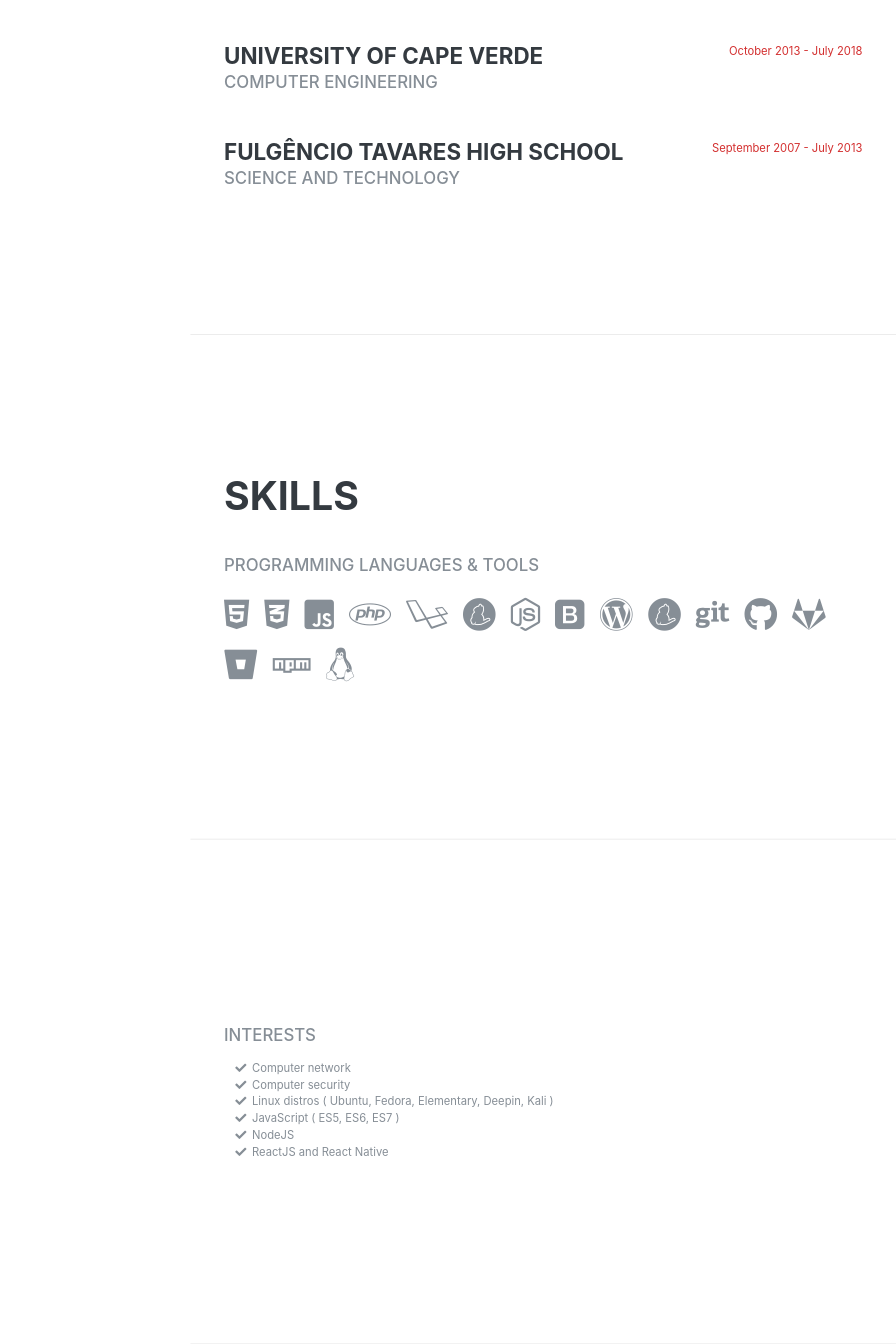
Repository: kcfurtado/kcfurtado.github.io
Page: index.html
The author's editor kept a copy of each file at every save. The page is drawn from the files as they stood at one save, then again after the next save.
The browser window is 1280 px wide. The pictures show the part of the page from y = 1923 to 3843 px (the page is 3843 px tall), at 70% of full size.
Some web fonts or font styles are not loaded; a fallback is used.

Above is the page before, as saved 2020-04-04 12:38:00.

After the next save:
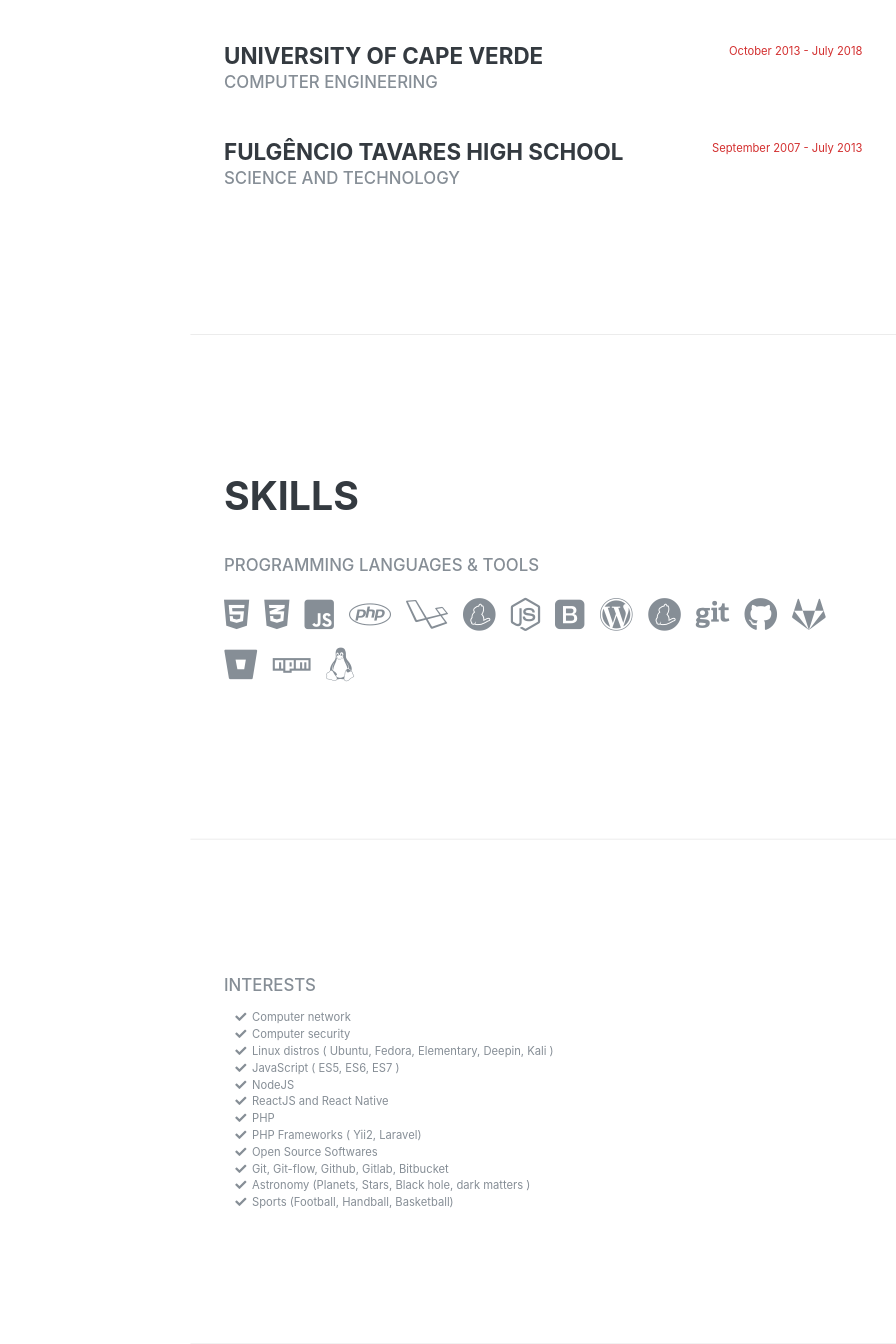
Saved 11 min 48 s later.
--- a/index.html
+++ b/index.html
@@ -281,6 +281,24 @@
           <li>
             <i class="fa-li fa fa-check"></i> ReactJS and React Native
           </li>
+          <li>
+            <i class="fa-li fa fa-check"></i> PHP
+          </li>
+          <li>
+            <i class="fa-li fa fa-check"></i> PHP Frameworks ( Yii2, Laravel)
+          </li>
+          <li>
+            <i class="fa-li fa fa-check"></i> Open Source Softwares
+          </li>
+          <li>
+            <i class="fa-li fa fa-check"></i> Git, Git-flow, Github, Gitlab, Bitbucket
+          </li>
+          <li>
+            <i class="fa-li fa fa-check"></i> Astronomy (Planets, Stars, Black hole, dark matters )
+          </li>
+          <li>
+            <i class="fa-li fa fa-check"></i> Sports (Football, Handball, Basketball)
+          </li>
         </ul>
 
       </div>
